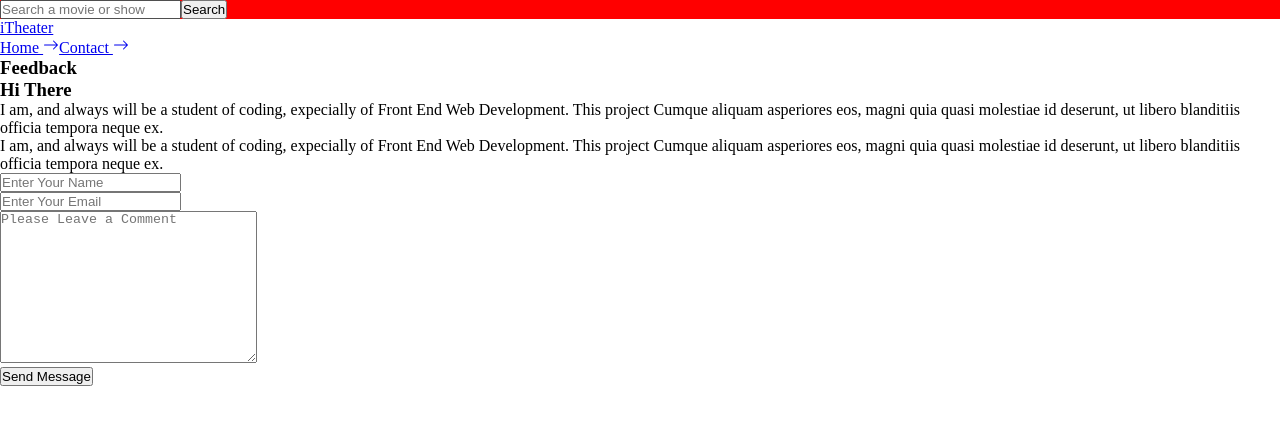
Repository: just-mann/itheater
Page: /contact
These files come from the project's save history. The page is drawn as it stood at one moment and after the next save; the edit follows.
The browser window is 1280 px wide. The pictures show the whole page.
The page's requests for data from a server got no answer. Some web fonts or font styles are not loaded; a fallback is used. The project was rebuilt for these pictures with package versions that can differ from the ones it lists, and the page was loaded fresh each time. No one was signed in, and anything a server would have sent is missing. Also part of the build but not shown: src/components/MovieDetail.js, src/components/ShowList.js.

Above is the page before, as saved 2021-07-17 05:30:48.

After the next save:
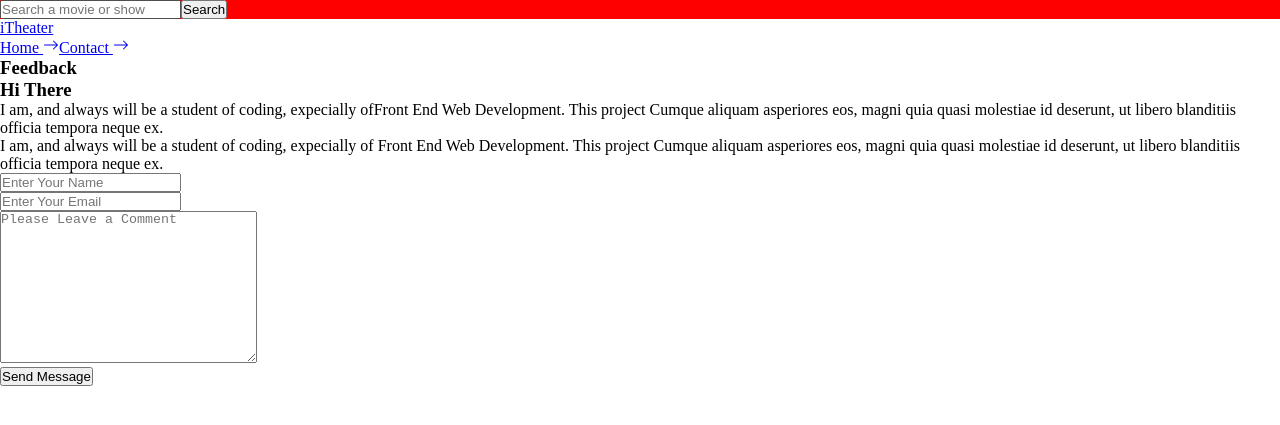
Saved 9 s later.
--- a/src/components/Contact.js
+++ b/src/components/Contact.js
@@ -36,7 +36,7 @@
                         <h3>Hi There</h3>
                         <p>
                             I am, and always will be a student of coding, expecially of
-                            Front End Web Development. This project
+                            <span>Front End Web Development</span>. This project
                             Cumque aliquam asperiores eos,
                             magni quia quasi molestiae id deserunt, ut
                             libero blanditiis officia tempora neque ex.

After the 2 saves that followed:
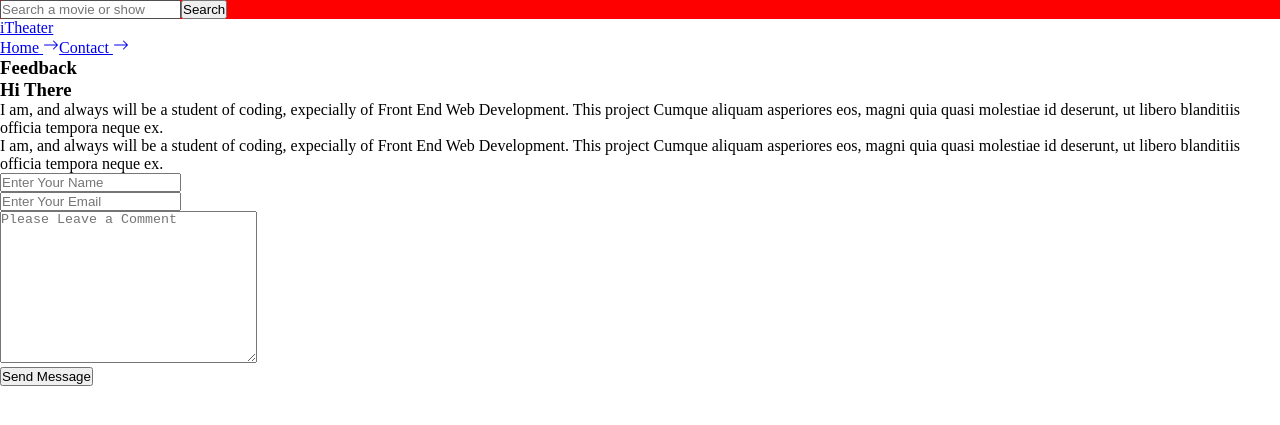
The 2 saves are shown as one change because 1 left the picture as it was.
The last was saved 15 s later.
--- a/src/components/Contact.js
+++ b/src/components/Contact.js
@@ -36,7 +36,7 @@
                         <h3>Hi There</h3>
                         <p>
                             I am, and always will be a student of coding, expecially of
-                            <span>Front End Web Development</span>. This project
+                            <span> Front End Web Development</span>. This project
                             Cumque aliquam asperiores eos,
                             magni quia quasi molestiae id deserunt, ut
                             libero blanditiis officia tempora neque ex.
